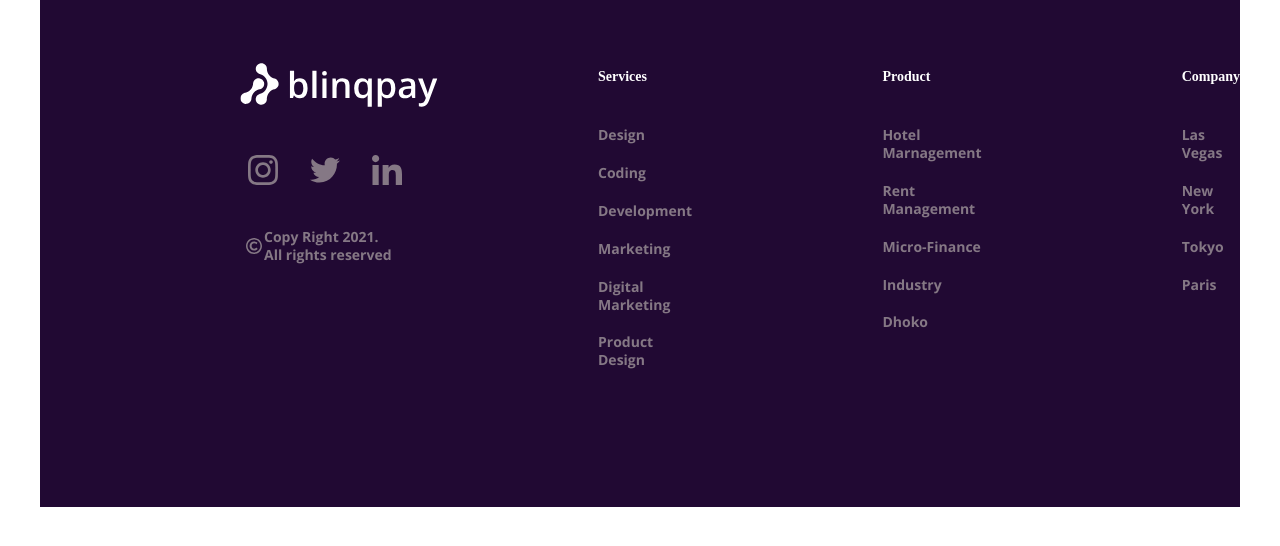
Repository: jabbarbergenoov/mobile-bling-py
Page: idnex.html
The author's editor kept a copy of each file at every save. The page is drawn from the files as they stood at one save, then again after the next save.
The browser window is 1280 px wide. The pictures show the whole page.

Above is the page before, as saved 2025-04-17 19:01:41.

### idnex.html
<!DOCTYPE html>
<html lang="en">
<head>
    <meta charset="UTF-8">
    <meta name="viewport" content="width=device-width, initial-scale=1.0">
    <title>Document</title>
    <link rel="stylesheet" href="./style/styl.css">
</head>
<body>
    <header class="arslan">

    </header>
    <main>
        <section class="chingiz"></section>
        <section class="ulugbek"></section>
        <section class="bekzad"></section>
        <section class="maftuna"></section>
        <section class="aydos"></section>
    </main>
    <footer class="behruz">
        <div class="container">
            <div class="footer">
                <div class="boxa">
                  <img src="./images/Logo.svg" alt="" class="iimg">
                  <div class="df">
                  <img src="./images/insta.svg" alt="" class="insta">
                  <img src="./images/twiter.svg" alt="" class="twiter">
                  <img src="./images/in.svg" alt="" class="in">
                  </div>
                  <div class="gh">
                  <img src="./images/c.svg" alt="" class="iimg2">
                  <p class="ssd">Copy Right 2021. <br>All rights reserved</p>
                  </div>
                </div>
                <div class="boxes">
                <div class="boxb">
                  <h2 class="word">Services</h2>
                  <p class="texts">Design</p>
                  <p class="texts">Coding</p>
                  <p class="texts">Development</p>
                  <p class="texts">Marketing</p>
                  <p class="texts">Digital Marketing</p>
                  <p class="texts">Product Design</p>
                </div>
                <div class="boxb">
                  <h2 class="word">Product</h2>
                  <p class="texts">Hotel Marnagement</p>
                  <p class="texts">Rent Management</p>
                  <p class="texts">Micro-Finance</p>
                  <p class="texts">Industry</p>
                  <p class="texts">Dhoko</p>
                </div>
                <div class="boxb">
                  <h2 class="word">Company</h2>
                  <p class="texts">Las Vegas</p>
                  <p class="texts">New York</p>
                  <p class="texts">Tokyo</p>
                  <p class="texts">Paris</p>
                </div>
                </div>
              </div>
            </div>
    </footer>
</body>
</html>

### style/styl.css
@import url(https://fonts.googleapis.com/css?family=Open+Sans:300,regular,500,600,700,800,300italic,italic,500italic,600italic,700italic,800italic);
* {
    margin: 0;
    padding: 0;
    box-sizing: border-box;
}
.container {
    padding: 0 15;
    width: 1200px;
    margin: 0 auto;
}
.footer {
    height: 689px;
    background: rgb(33, 9, 51);
    position: relative;
    bottom: 182px;
    display: flex;
    gap: 160px;
  }
  .iimg {
    padding-top: 242px;
    padding-left: 200px;
  }
  .df {
    display: flex;
    gap: 32px;
    padding-left: 208px;
    padding-top: 42px;
  }
  .gh {
    display: flex;
    gap: 2px;
    padding-left: 206px;
    padding-top: 43px;
  }

  .ssd {
    color: rgb(133, 120, 133);
    font-size: 14px;
    font-weight: 700;
    line-height: 128.6%;
    letter-spacing: 4%;
    font-family: Open Sans;
  }
  .word {
    color: rgb(255, 255, 255);
    font-size: 14px;
    font-weight: 700;
    line-height: 128.6%;
    letter-spacing: 4%;
    text-align: left;
    padding-bottom: 20px;

  }
  .texts {
    color: rgb(133, 120, 133);
    font-family: Open Sans;
    font-size: 14px;
    font-weight: 700;
    line-height: 128.6%;
    padding-top: 20px;
  }
  .boxb{
    padding-top: 250px;
  }
  .boxes{
    display: flex;
    gap: 190px;

  }

After the next save:
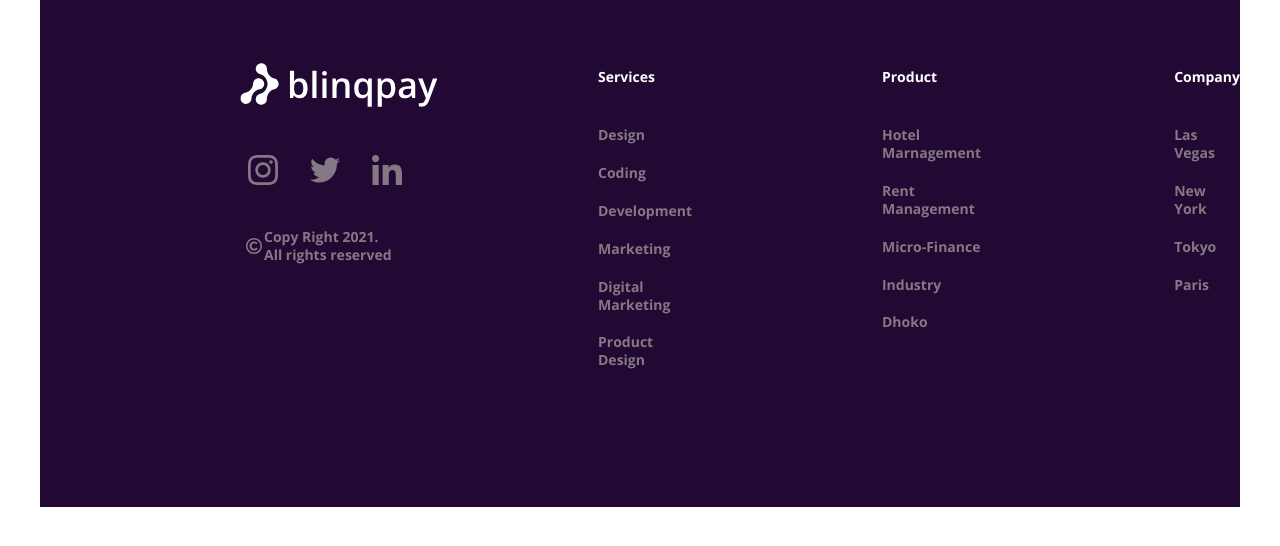
Saved 25 s later.
--- a/style/styl.css
+++ b/style/styl.css
@@ -50,6 +50,7 @@
     letter-spacing: 4%;
     text-align: left;
     padding-bottom: 20px;
+    font-family: Open Sans;
 
   }
   .texts {
